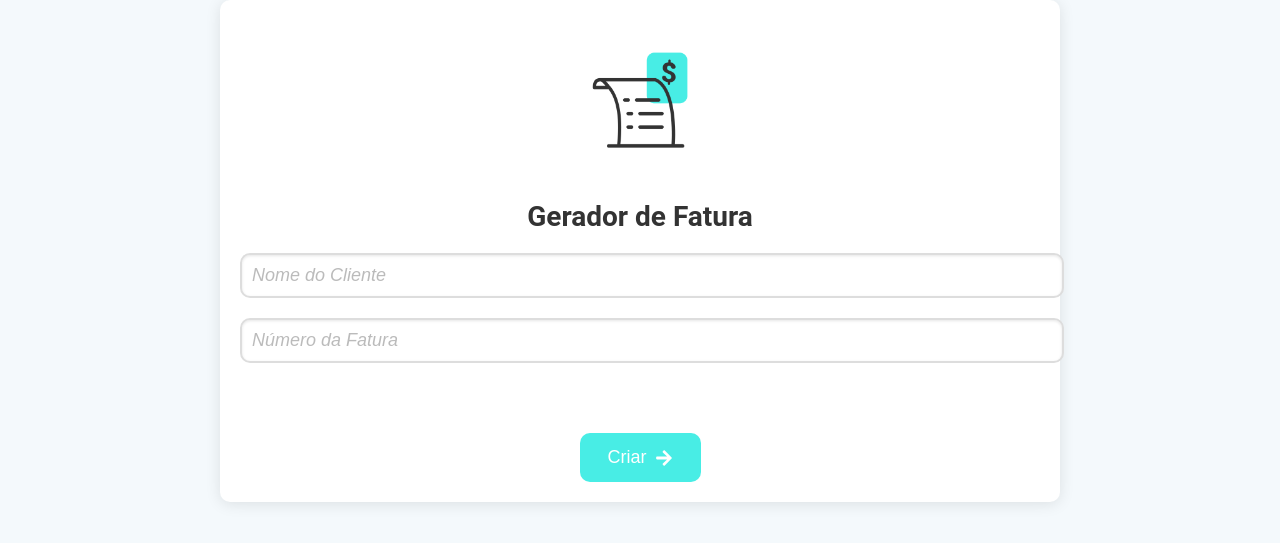
Repository: thmedu/Gerador-de-Faturas
Page: /
These files come from the project's save history. The page is drawn as it stood at one moment and after the next save; the edit follows.
The browser window is 1280 px wide. The pictures show the whole page.
The project was rebuilt for these pictures with package versions that can differ from the ones it lists, and the page was loaded fresh each time. Also part of the build but not shown: vite.config.js, src/Componete/Template.jsx.

Above is the page before, as saved 2024-07-16 19:37:11.

After the next save:
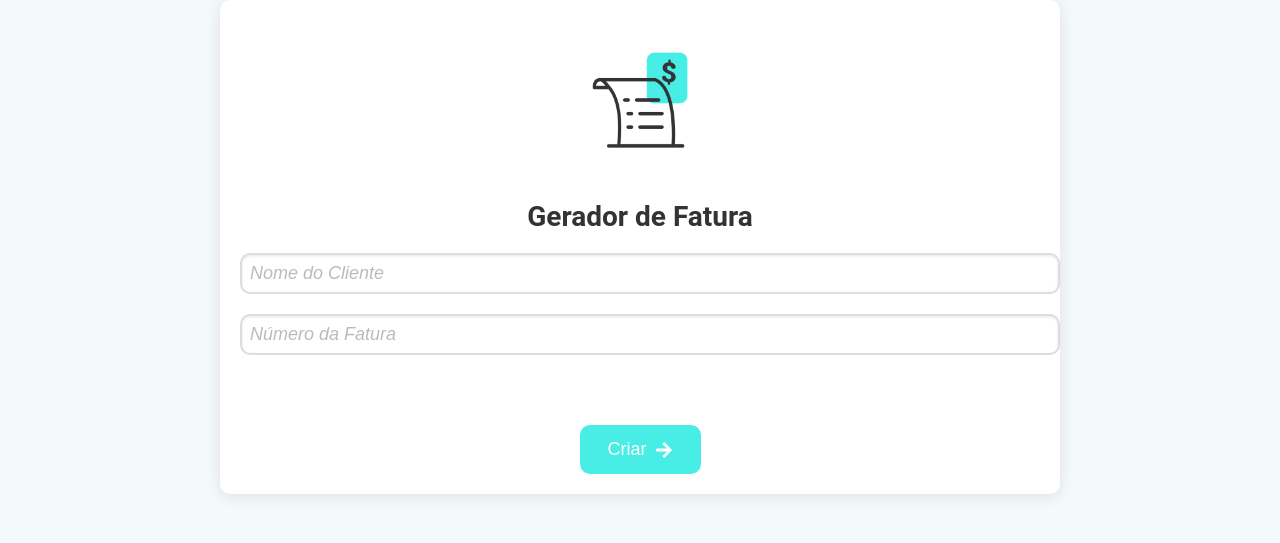
Saved 10 s later.
--- a/src/App.css
+++ b/src/App.css
@@ -43,7 +43,7 @@ body {
 }
 
 .input-field {
-  padding: 10px; /* Padding confortável */
+  padding: 8px; /* Padding confortável */
   border: 2px solid #ddd; /* Borda mais espessa */
   border-radius: 10px; /* Cantos arredondados */
   font-size: 18px; /* Tamanho de fonte maior */
